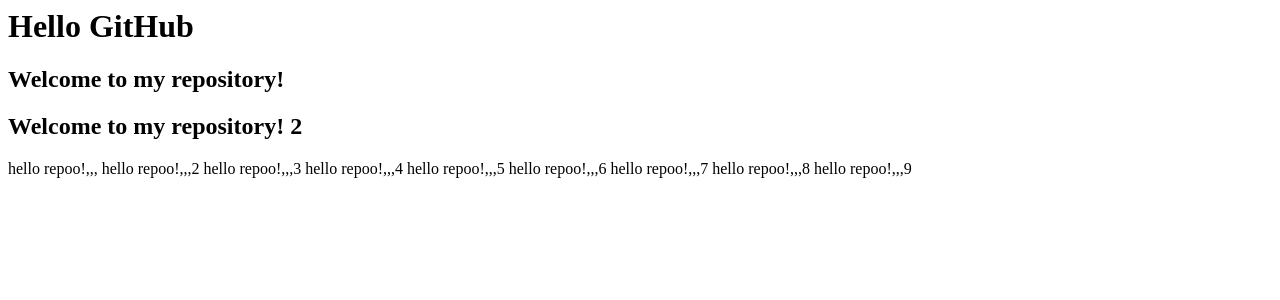
Repository: manoj-991/geeky_16
Page: index.html
An editor plug-in stored every save of this project. The page is shown before and after the next save, followed by the edit.
The browser window is 1280 px wide. The pictures show the whole page.

Above is the page before, as saved 2026-04-22 12:15:50.

After the next save:
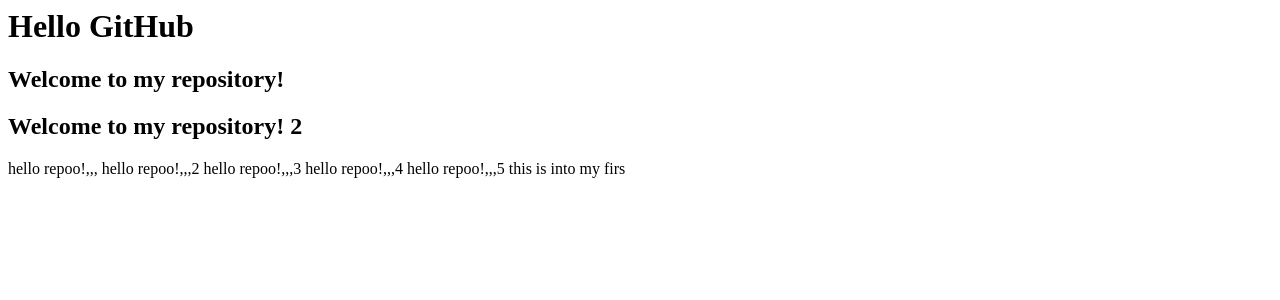
Saved 8 min 25 s later.
--- a/index.html
+++ b/index.html
@@ -6,7 +6,4 @@
 hello repoo!,,,3
 hello repoo!,,,4
 hello repoo!,,,5
-hello repoo!,,,6
-hello repoo!,,,7
-hello repoo!,,,8
-hello repoo!,,,9
+this is into  my firs
